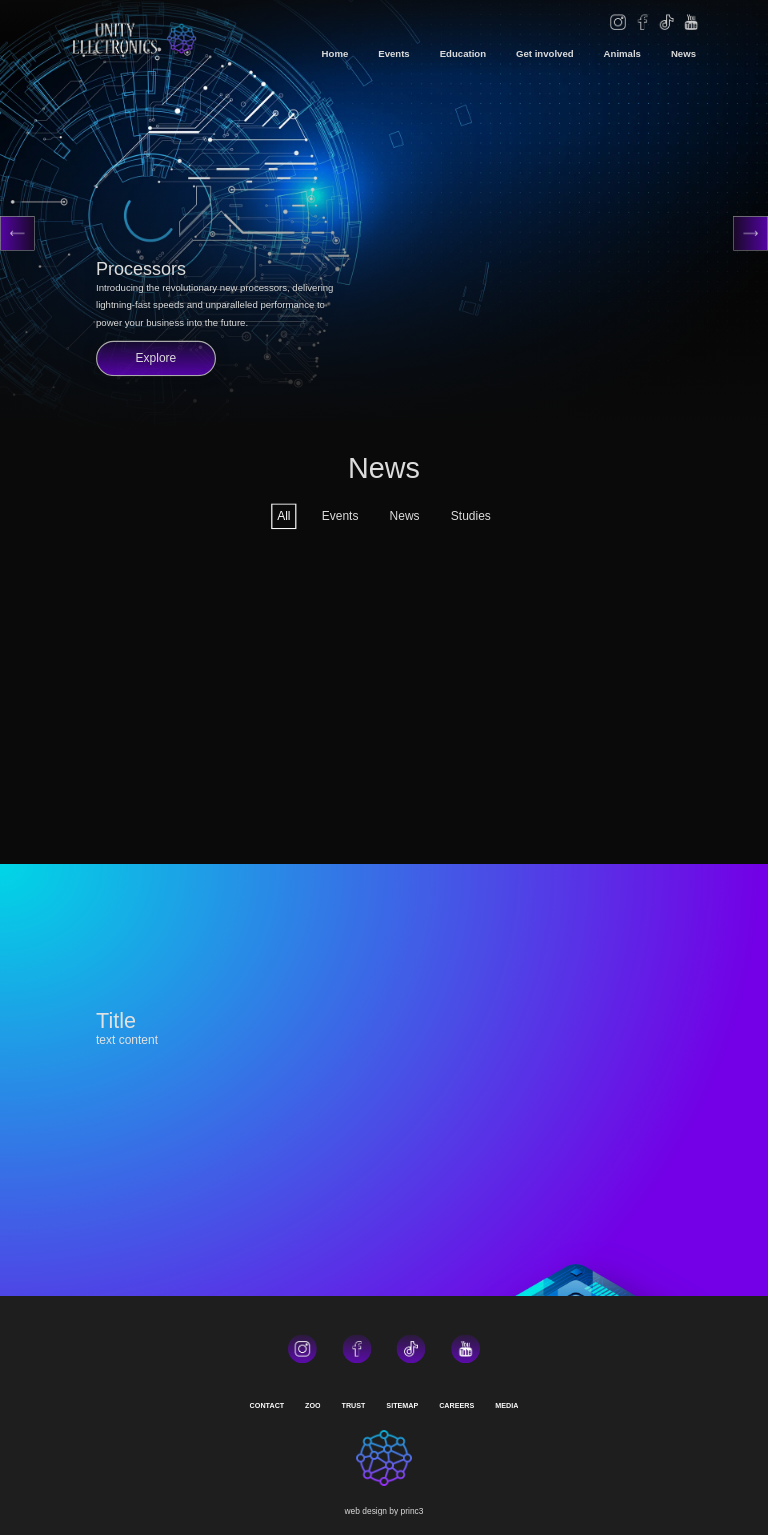
Repository: princ3-web/five
Page: /
The author's editor kept a copy of each file at every save. The page is drawn from the files as they stood at one save, then again after a run of saves.
The browser window is 1280 px wide. The pictures show the whole page, at 60% of full size.
An inner scrolling area shows only its first screen. The project was rebuilt for these pictures with package versions that can differ from the ones it lists, and the page was loaded fresh each time. Also part of the build but not shown: src/css/subpage.module.css, src/pages/Events.jsx, src/pages/Education.jsx, src/pages/Membership.jsx, src/pages/Animals.jsx, src/pages/News.jsx, src/pages/Support.jsx.

Above is the page before, as saved 2023-05-08 18:56:19.

After the next 3 saves:
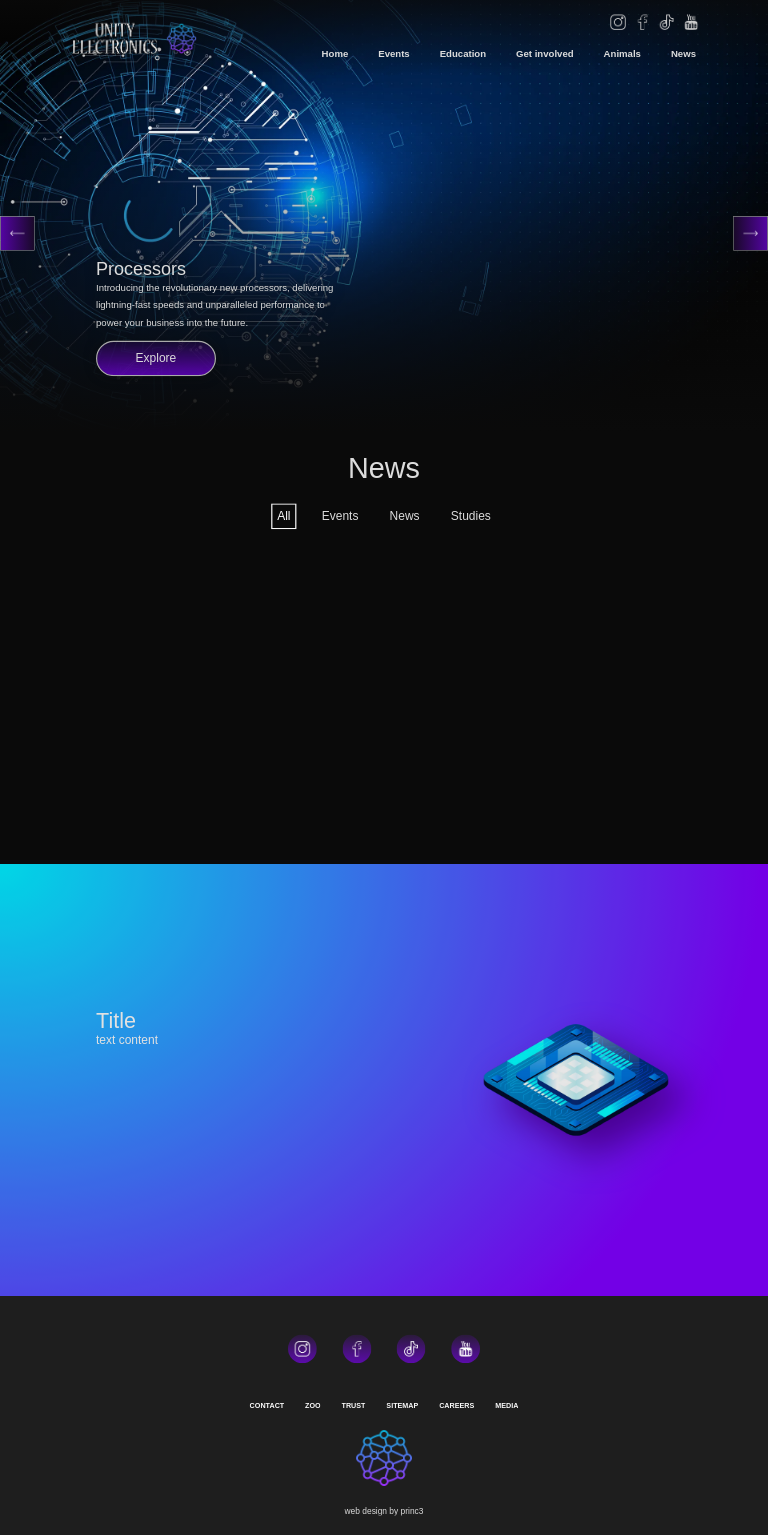
The 3 saves are shown as one change because they came seconds apart.
The last was saved 19 s later.
--- a/src/components/Objectscroller.jsx
+++ b/src/components/Objectscroller.jsx
@@ -27,9 +27,6 @@ const Objectscroller = () => {
         </div>
         <img
           className={objectscroller.image}
-          style={{
-            translate: "0px " + (- scrollPos / 3 + 400 + "px").toString(),
-          }}
           src={require("../assets/images/object1.png")}
           alt=""
         />
